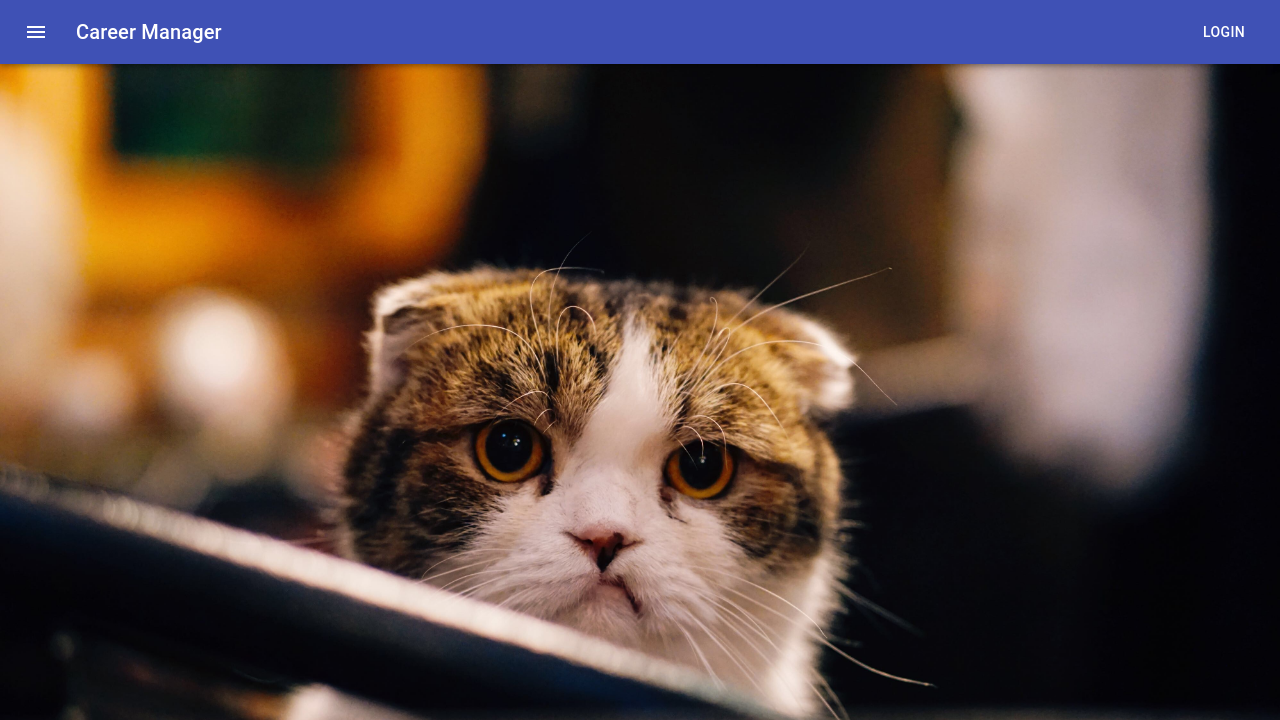
Repository: kinetic-coder/career-manager
Page: /
These files come from the project's save history. The page is drawn as it stood at one moment and after a run of saves; the edit follows.
The browser window is 1280 px wide. The pictures show the whole page.
The project was rebuilt for these pictures with package versions that can differ from the ones it lists, and the page was loaded fresh each time. Also part of the build but not shown: src/views/ErrorPage/ErrorPage.js.

Above is the page before, as saved 2020-10-08 11:03:49.

### src/index.js
import React from 'react';
import ReactDOM from 'react-dom';
import './index.css';
import * as serviceWorker from './serviceWorker';
import Routes from './components/Routes';

ReactDOM.render(
  <React.StrictMode>
    <Routes />
  </React.StrictMode>,
  document.getElementById('root')
);

// If you want your app to work offline and load faster, you can change
// unregister() to register() below. Note this comes with some pitfalls.
// Learn more about service workers: https://bit.ly/CRA-PWA
serviceWorker.unregister();

### src/components/Routes.js
import React from 'react';
import { BrowserRouter as Router, Route, Switch } from 'react-router-dom';

// Pages
import HomePage from '../views/HomePage';
import ErrorPage from '../views/ErrorPage/ErrorPage';

const Routes = () => {
    return (
        <div>
            <Router>
                <Switch>
                    <Route path="/" component={HomePage} exact />
                    <Route component={ErrorPage} exact/>
                </Switch>
            </Router>
        </div>
    );
}

export default Routes;

### src/views/HomePage.js
import React from 'react';
import { makeStyles } from '@material-ui/core/styles';
import AppBar from '@material-ui/core/AppBar';
import Toolbar from '@material-ui/core/Toolbar';
import Typography from '@material-ui/core/Typography';
import Button from '@material-ui/core/Button';
import IconButton from '@material-ui/core/IconButton';
import MenuIcon from '@material-ui/icons/Menu';

const useStyles = makeStyles((theme) => ({
  root: {
    flexGrow: 1,
  },
  menuButton: {
    marginRight: theme.spacing(2),
  },
  title: {
    flexGrow: 1,
  },
}));

 const HomePage = () => {
    const classes = useStyles();

    return (
      <div className={classes.root}>
        <AppBar position="static">
          <Toolbar>
            <IconButton edge="start" className={classes.menuButton} color="inherit" aria-label="menu">
              <MenuIcon />
            </IconButton>
            <Typography variant="h6" className={classes.title}>
              Career Manager
            </Typography>
            <Button color="inherit">Login</Button>
          </Toolbar>
        </AppBar>
      </div>
    );
}

export default HomePage;

### src/views/ErrorPage/ErrorPage.css
.error-message {
  color:white;
  text-align: center;
}

.error-message-heading {
    color:white;
    text-align: center;
}

.error-message-section {
    text-align: center;
}

html {
    background-image: url('./cat-error.jpg');
    min-height: 100%;
    background-size: cover;
}

Loaded but not shown: src/index.css (common file); src/serviceWorker.js (common file)

After the next 3 saves:
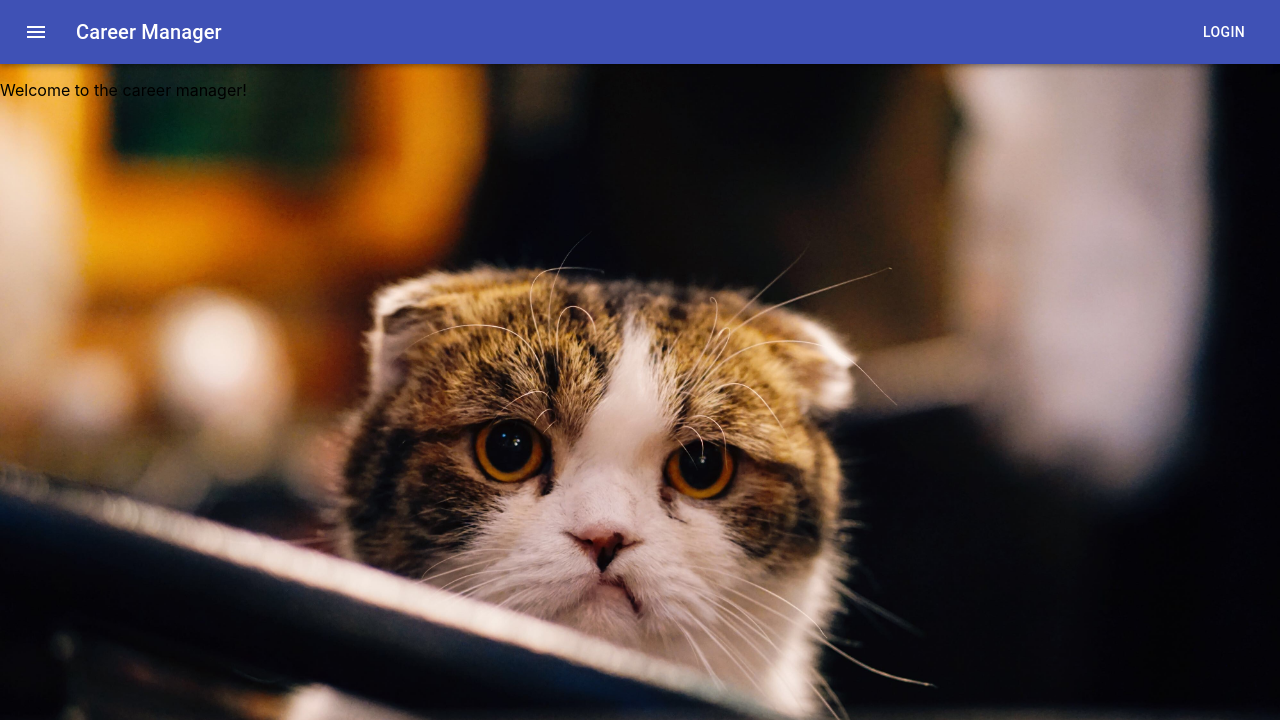
The 3 saves are shown as one change because 1 did not build or start and some came seconds apart.
The last was saved 19 s later.
--- a/src/views/HomePage.js
+++ b/src/views/HomePage.js
@@ -35,6 +35,9 @@ const useStyles = makeStyles((theme) => ({
             <Button color="inherit">Login</Button>
           </Toolbar>
         </AppBar>
+        <p>
+          Welcome to the career manager!
+        </p>
       </div>
     );
 }
